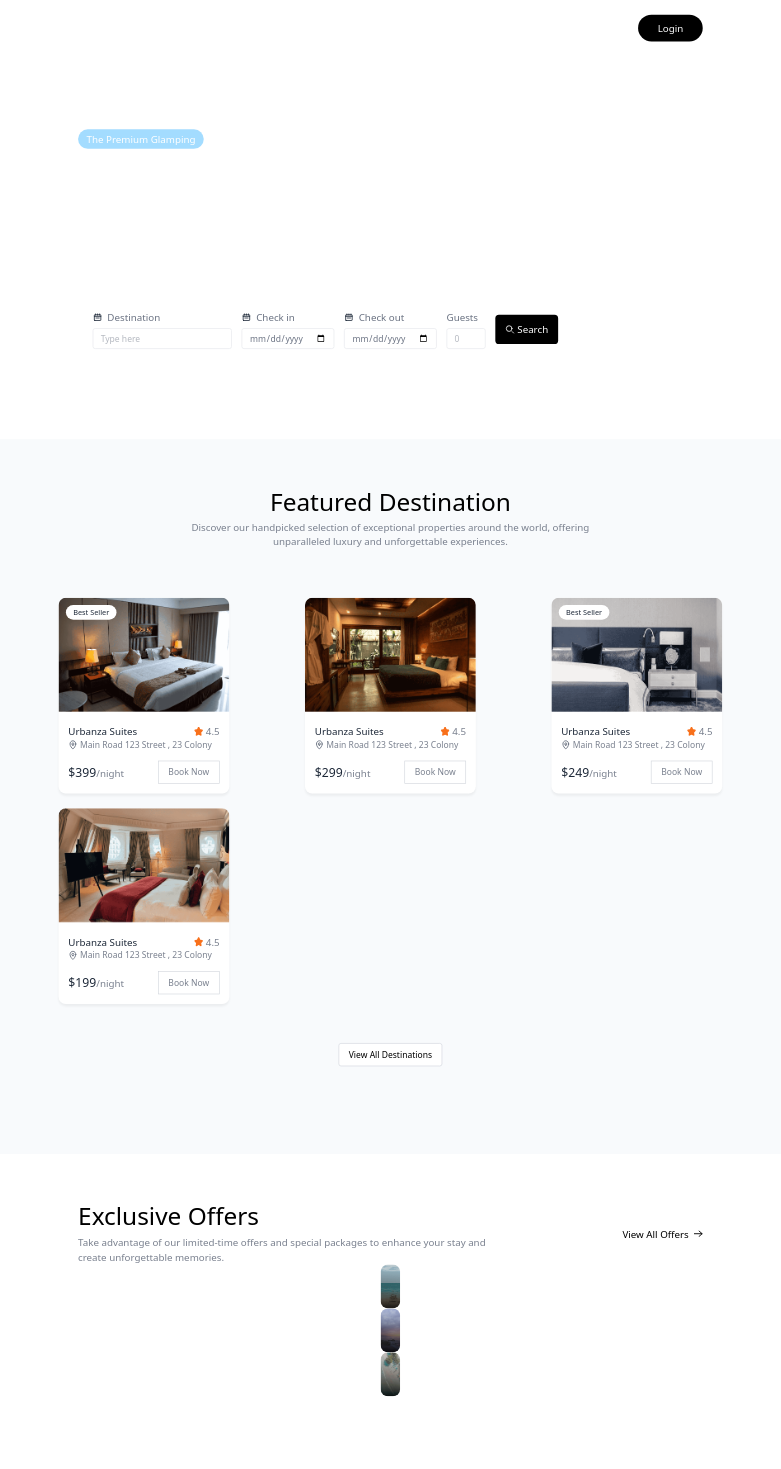
Repository: Ponn-Star/My-App
Page: / (app in FrontEnd/)
The author's editor kept a copy of each file at every save. The page is drawn from the files as they stood at one save, then again after the next save.
The browser window is 1280 px wide. The pictures show the whole page, at 61% of full size.
The project was rebuilt for these pictures with package versions that can differ from the ones it lists, and the page was loaded fresh each time. Also part of the build but not shown: FrontEnd/vite.config.js, FrontEnd/src/assets/assets.js.

Above is the page before, as saved 2025-05-08 23:10:45.

### FrontEnd/index.html
<!doctype html>
<html lang="en">
  <head>
    <meta charset="UTF-8" />
    <link rel="icon" type="image/svg+xml" href="/favicon.svg" />
    <meta name="viewport" content="width=device-width, initial-scale=1.0" />
    <title>Booking</title>
  </head>
  <body>
    <div id="root"></div>
    <script type="module" src="/src/main.jsx"></script>
  </body>
</html>

### FrontEnd/src/main.jsx
import { StrictMode } from 'react'
import { createRoot } from 'react-dom/client'
import './index.css'
import App from './App.jsx'
import { BrowserRouter } from 'react-router-dom'

createRoot(document.getElementById('root')).render(
    <BrowserRouter>
      <App />
    </BrowserRouter>
)

### FrontEnd/src/App.jsx
import React from 'react'
import Navbar from './components/Navbar'
import { Route, Routes, useLocation } from 'react-router-dom'
import Home from './pages/Home'

function App() {

  const isOwnerPath = useLocation().pathname.includes("owner");
  return (
    <div>
      {!isOwnerPath && <Navbar />}
      <div className='min-h-[70vh]'>
        <Routes>
          <Route path='/' element={<Home />} />
        </Routes>
      </div>
    </div>
  )
}

export default App

### FrontEnd/src/components/Navbar.jsx
import React from 'react';
import { Link } from 'react-router-dom';
import { assets } from '../assets/assets';

const Navbar = () => {
    const navLinks = [
        { name: 'Home', path: '/' },
        { name: 'Hotels', path: '/rooms' },
        { name: 'Experience', path: '/' },
        { name: 'About', path: '/' },
    ];

    const [isScrolled, setIsScrolled] = React.useState(false);
    const [isMenuOpen, setIsMenuOpen] = React.useState(false);

    React.useEffect(() => {
        const handleScroll = () => {
            setIsScrolled(window.scrollY > 10);
        };
        window.addEventListener("scroll", handleScroll);
        return () => window.removeEventListener("scroll", handleScroll);
    }, []);

    return (
            <nav className={`fixed top-0 left-0 w-full flex items-center justify-between px-4 md:px-16 lg:px-24 xl:px-32 transition-all duration-500 z-50 ${isScrolled ? "bg-white/80 shadow-md text-gray-700 backdrop-blur-lg py-3 md:py-4" : "py-4 md:py-6"}`}>

                {/* Logo */}
                <Link to='/'>
                    <img src={assets.logo} alt="logo" className={`h-9 ${isScrolled && "invert opacity-80"}`} />
                </Link>

                {/* Desktop Nav */}
                <div className="hidden md:flex items-center gap-4 lg:gap-8">
                    {navLinks.map((link, i) => (
                        <a key={i} href={link.path} className={`group flex flex-col gap-0.5 ${isScrolled ? "text-gray-700" : "text-white"}`}>
                            {link.name}
                            <div className={`${isScrolled ? "bg-gray-700" : "bg-white"} h-0.5 w-0 group-hover:w-full transition-all duration-300`} />
                        </a>
                    ))}
                    <button className={`border px-4 py-1 text-sm font-light rounded-full cursor-pointer ${isScrolled ? 'text-black' : 'text-white'} transition-all`}>
                        Dashboard
                    </button>
                </div>

                {/* Desktop Right */}
                <div className="hidden md:flex items-center gap-4">
                    <img src={assets.searchIcon} alt='search' className={`${isScrolled && "invert"} h-7 transition duration-500`} />
                    <button className="bg-black text-white px-8 py-2.5 rounded-full ml-4 transition-all duration-500">
                        Login
                    </button>
                </div>

                {/* Mobile Menu Button */}
                <div className="flex items-center gap-3 md:hidden">
                    <img onClick={()=> setIsMenuOpen(!isMenuOpen)} src={assets.menuIcon} alt='' className={`${isScrolled && "invert"} h-4`} />
                </div>

                {/* Mobile Menu */}
                <div className={`fixed top-0 left-0 w-full h-screen bg-white text-base flex flex-col md:hidden items-center justify-center gap-6 font-medium text-gray-800 transition-all duration-500 ${isMenuOpen ? "translate-x-0" : "-translate-x-full"}`}>
                    <button className="absolute top-4 right-4" onClick={() => setIsMenuOpen(false)}>
                        <img src={assets.closeIcon} alt='close' className="h-6.5" />
                    </button>

                    {navLinks.map((link, i) => (
                        <a key={i} href={link.path} onClick={() => setIsMenuOpen(false)}>
                            {link.name}
                        </a>
                    ))}

                    <button className="border px-4 py-1 text-sm font-light rounded-full cursor-pointer transition-all">
                        Dashboard
                    </button>

                    <button className="bg-black text-white px-8 py-2.5 rounded-full transition-all duration-500">
                        Login
                    </button>
                </div>
            </nav>
    );
}

export default Navbar

### FrontEnd/src/pages/Home.jsx
import React from 'react'
import Hero from '../components/Hero'
import FeaturedDestination from '../components/FeaturedDestination'
import ExclusiveOffers from '../components/ExclusiveOffers'

const Home = () => {
  return (
    <>
      <Hero />
      <FeaturedDestination />
      <ExclusiveOffers />
    </>
  )
}

export default Home

### FrontEnd/src/components/Hero.jsx
import React from 'react'
import { cities } from '../assets/assets'

const Hero = () => {
  return (
    <div className='flex flex-col items-start justify-center px-6 md:px-16 lg:px-24 xl:px-32 text-white bg-[url("/src/assets/heroImage.png")] bg-no-repeat bg-cover bg-center h-screen'>
      <p className="bg-[#49B9FF]/50 px-3.5 py-1 rounded-full mt-20">The Premium Glamping</p>
      <h1 className="font-playfair text-2x1 md:text-5x1 md:text-[50px] md:leading-[56px] font-bold md:font-extrabold max-w-xl mt-4">CỰC CHILL CẮM TRẠI BBQ TRƯỚC LỀU!</h1>
      <p className="max-w-170 mt-2 text-sm md:text-base">Giữa rừng thông lặng lẽ, 𝐅𝐨𝐫𝐞𝐬𝐭 𝐒𝐜𝐞𝐧𝐭 𝐆𝐥𝐚𝐦𝐩𝐢𝐧𝐠 & 𝐂𝐚𝐦𝐩𝐢𝐧𝐠 không ồn ào, không vội vã, không deadline. Chỉ cần xách balo lên và để 𝐅𝐨𝐫𝐞𝐬𝐭 𝐒𝐜𝐞𝐧𝐭 lo. Mọi thứ đã sẵn sàng để bạn “nghỉ ngơi” đúng nghĩa</p>

      <form className='bg-white text-gray-500 rounded-lg px-6 py-4 flex flex-col md:flex-row max-md:items-start gap-4 max-md:mx-auto mt-10'>

            <div>
                <div className='flex items-center gap-2'>
                    <svg className="w-4 h-4 text-gray-800" aria-hidden="true" xmlns="http://www.w3.org/2000/svg" width="24" height="24" fill="none" viewBox="0 0 24 24" >
                        <path stroke="currentColor" strokeLinecap="round" strokeLinejoin="round" strokeWidth="2" d="M4 10h16M8 14h8m-4-7V4M7 7V4m10 3V4M5 20h14a1 1 0 0 0 1-1V7a1 1 0 0 0-1-1H5a1 1 0 0 0-1 1v12a1 1 0 0 0 1 1Z" />
                    </svg>
                    <label htmlFor="destinationInput">Destination</label>
                </div>
                <input list='destinations' id="destinationInput" type="text" className=" rounded border border-gray-200 px-3 py-1.5 mt-1.5 text-sm outline-none" placeholder="Type here" required />
                <datalist id='destinations'>
                  {cities.map((city, index) => (
                    <option value={index} key={city}/>
                  ))}
                  /</datalist>
            </div>

            <div>
                <div className='flex items-center gap-2'>
                    <svg className="w-4 h-4 text-gray-800" aria-hidden="true" xmlns="http://www.w3.org/2000/svg" width="24" height="24" fill="none" viewBox="0 0 24 24" >
                        <path stroke="currentColor" strokeLinecap="round" strokeLinejoin="round" strokeWidth="2" d="M4 10h16M8 14h8m-4-7V4M7 7V4m10 3V4M5 20h14a1 1 0 0 0 1-1V7a1 1 0 0 0-1-1H5a1 1 0 0 0-1 1v12a1 1 0 0 0 1 1Z" />
                    </svg>
                    <label htmlFor="checkIn">Check in</label>
                </div>
                <input id="checkIn" type="date" className=" rounded border border-gray-200 px-3 py-1.5 mt-1.5 text-sm outline-none" />
            </div>

            <div>
                <div className='flex items-center gap-2'>
                    <svg className="w-4 h-4 text-gray-800" aria-hidden="true" xmlns="http://www.w3.org/2000/svg" width="24" height="24" fill="none" viewBox="0 0 24 24" >
                        <path stroke="currentColor" strokeLinecap="round" strokeLinejoin="round" strokeWidth="2" d="M4 10h16M8 14h8m-4-7V4M7 7V4m10 3V4M5 20h14a1 1 0 0 0 1-1V7a1 1 0 0 0-1-1H5a1 1 0 0 0-1 1v12a1 1 0 0 0 1 1Z" />
                    </svg>
                    <label htmlFor="checkOut">Check out</label>
                </div>
                <input id="checkOut" type="date" className=" rounded border border-gray-200 px-3 py-1.5 mt-1.5 text-sm outline-none" />
            </div>

            <div className='flex md:flex-col max-md:gap-2 max-md:items-center'>
                <label htmlFor="guests">Guests</label>
                <input min={1} max={4} id="guests" type="number" className=" rounded border border-gray-200 px-3 py-1.5 mt-1.5 text-sm outline-none  max-w-16" placeholder="0" />
            </div>

            <button className='flex items-center justify-center gap-1 rounded-md bg-black py-3 px-4 text-white my-auto cursor-pointer max-md:w-full max-md:py-1' >
                <svg className="w-4 h-4 text-white" aria-hidden="true" xmlns="http://www.w3.org/2000/svg" width="24" height="24" fill="none" viewBox="0 0 24 24" >
                    <path stroke="currentColor" strokeLinecap="round" strokeWidth="2" d="m21 21-3.5-3.5M17 10a7 7 0 1 1-14 0 7 7 0 0 1 14 0Z" />
                </svg>
                <span>Search</span>
            </button>
        </form>
    </div>
  )
}

export default Hero

### FrontEnd/src/components/FeaturedDestination.jsx
import React from 'react'
import HotelCard from './HotelCard'
import { roomsDummyData } from '../assets/assets'
import Title from './Title'
import { useNavigate } from 'react-router-dom'

const FeaturedDestination = () => {

  const navigate = useNavigate()

  return (
    <div className='flex flex-col items-center px-6 md:px-16 lg:px-24 bg-slate-50 py-20'>

        <Title title='Featured Destination' subTitle='Discover our handpicked selection of exceptional properties around the world, offering unparalleled luxury and unforgettable experiences.' />

        <div className='flex flex-wrap items-center justify-between gap-6 mt-20'>
        {roomsDummyData.slice(0, 4).map((room, index) => (
            <HotelCard key={room._id} room={room} index={index} />
        ))}
        </div>

        <button onClick={() => { navigate('/rooms'); scrollTo(0, 0); }}
        className="my-16 px-4 py-2 text-sm font-medium border border-gray-300 rounded bg-white hover:bg-gray-50 transition-all cursor-pointer">
          View All Destinations
        </button>
    </div>
  )
}

export default FeaturedDestination

### FrontEnd/src/components/ExclusiveOffers.jsx
import React from 'react'
import Title from './Title'
import { assets, exclusiveOffers } from '../assets/assets'

const ExclusiveOffers = () => {
  return (
    <div className='flex flex-col items-center px-6 md:px-16 lg:px-24 xl:px-32 pt-20 pb-30'>
      <div className='flex flex-col md:flex-row items-center justify-between w-full'>
        <Title align='left' title='Exclusive Offers' subTitle='Take advantage of our limited-time offers and special packages to enhance your stay and create unforgettable memories.'/>
        <button className='group flex items-center gap-2 font-medium cursor-pointer max-md:mt-12'>
            View All Offers
            <img src={assets.arrowIcon} alt="arrow-icon"
            className='group-hover:translate-x-1 transition-all'/>
        </button>
      </div>

      <div>
        {exclusiveOffers.map((item) => (
            <div key={item._id} className='group relative flex flex-col items-start justify-between gap-1 pt-12 md:pt-18 px-4 rounded-xl text-white bg-no-repeat bg-cover bg-center'
            style={{ backgroundImage: `url(${item.image})` }}>

            </div>
        ))}
      </div>
    </div>
  )
}

export default ExclusiveOffers

### FrontEnd/src/components/HotelCard.jsx
import React from 'react'
import { Link } from 'react-router-dom'
import { assets } from '../assets/assets'

const HotelCard = ({room, index}) => {
  return (
      <Link to={'/room/' + room._id} onClick={()=> scrollTo(0,0)} key={room._id} className='relative max-w-70 w-full rounded-xl overflow-hidden bg-white text-gray-500/90 shadow-[0px_4px_4px_rgba(0,0,0,0.05)]'>
          <img src={room.images[0]} alt=""/>

          {index % 2 === 0 && <p className='px-3 py-1 absolute top-3 left-3 text-xs bg-white text-gray-800 font-medium rounded-full'>Best Seller </p>}

          <div className='p-4 pt-5'>
            <div className='flex items-center justify-between'>
                <p className='font-playfair text-x1 font-medium text-gray-800'>{room.hotel.name}</p>
                <div className='flex items-center gap-1'>
                    <img src={assets.starIconFilled} alt="star-icon" /> 4.5
                </div>
            </div>
                <div className='flex items-center gap-1 text-sm'>
                    <img src={assets.locationIcon} alt="location-icon" />
                    <span>{room.hotel.address}</span>
                </div>
                <div className='flex items-center justify-between mt-4'>
                    <p><span className='text-xl text-gray-800'>${room.pricePerNight}</span>/night</p>
                    <button className='px-4 py-2 text-sm font-medium border border-gray-300 rounded:bg-gray-50 transition-all cursor-pointer'>Book Now</button>
                </div>
          </div>
      </Link>
  )
}

export default HotelCard

### FrontEnd/src/components/Title.jsx
import React from 'react'

const Title = ({title, subTitle, align, font}) => {
    return (
        <div className={`flex flex-col justify-center items-center text-center ${align === "left" && "md:items-start md:text-left"}`}>
          <h1 className={`text-4xl md:text-[40px] ${font || "font-playfair"}`}>{title}</h1>
          <p className="text-sm md:text-base text-gray-500/90 mt-2 max-w-174">{subTitle}</p>
        </div>
  )
}

export default Title

Loaded but not shown: FrontEnd/src/index.css (common file)

After the next save:
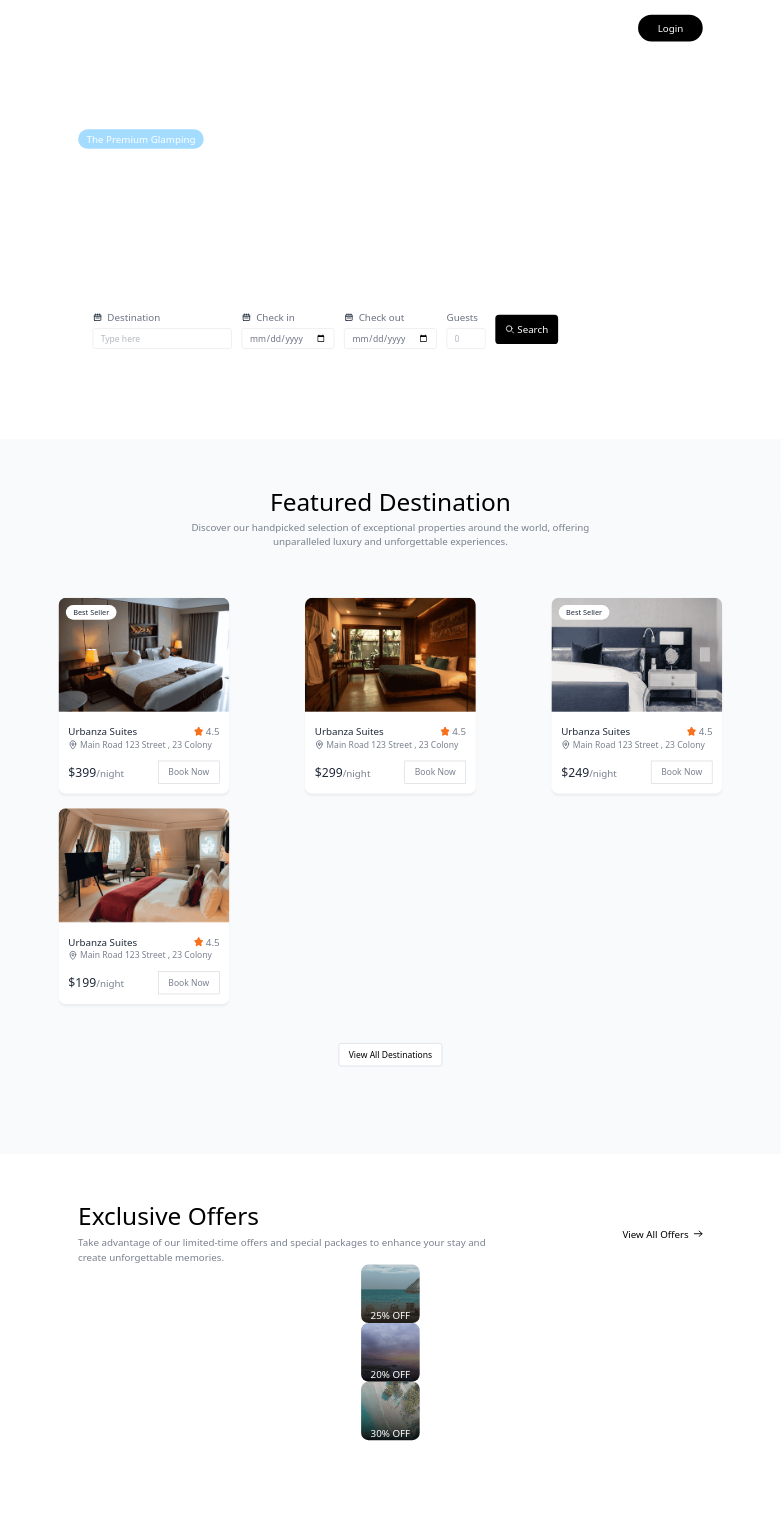
Saved 32 s later.
--- a/FrontEnd/src/components/ExclusiveOffers.jsx
+++ b/FrontEnd/src/components/ExclusiveOffers.jsx
@@ -18,7 +18,7 @@ const ExclusiveOffers = () => {
         {exclusiveOffers.map((item) => (
             <div key={item._id} className='group relative flex flex-col items-start justify-between gap-1 pt-12 md:pt-18 px-4 rounded-xl text-white bg-no-repeat bg-cover bg-center'
             style={{ backgroundImage: `url(${item.image})` }}>
-
+                <p>{item.priceOff}% OFF</p>
             </div>
         ))}
       </div>
